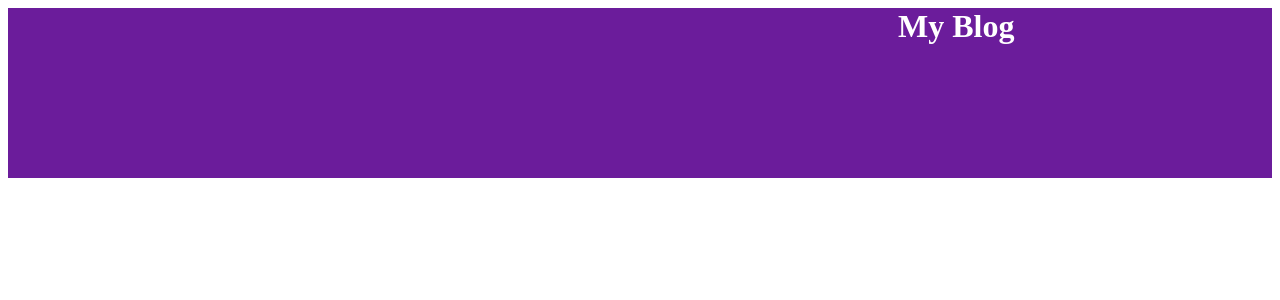
Repository: Femi007-gh/BLOG
Page: index.html
An editor plug-in stored every save of this project. The page is shown before and after a run of saves, followed by the edit.
The browser window is 1280 px wide. The pictures show the whole page.

Above is the page before, as saved 2025-01-08 07:13:21.

### index.html
<html>
  <head>
    <title>BLOG</title>
    <link rel="stylesheet" href="style.css">
  </head>
  <body>
    <header>
      <h1 class="head">My Blog</h1>
      <nav>
        <ul>
          <li><a href="#">Home</a></li>
          <li><a href="#">About</a></li>
          <li><a href="#">Contact</a></li>
        </ul>
      </nav>
    </header>
  </body>
</html>

### style.css
header {
  background-color: 6B1C9B;
  color: white;
  height: 170px;
}

.desc {
  max-width: 1200px;
  margin: o auto;
  display: flex;
  align-items: center;
  justify-content: space-between;
}

header h1 {
  margin-left:890px;
}

nav ul {
  list-style-type: none;
  display:  flex;
}


 li a {
  color: white;
  text-decoration: none;
  font-weight: bold;
  margin-left: -1000px;
  justify-content: space-evenly;
  margin-right: -980px;
}

li a{
  text-decoration: none;
  font-family: Arial;
}

After the next 2 saves:
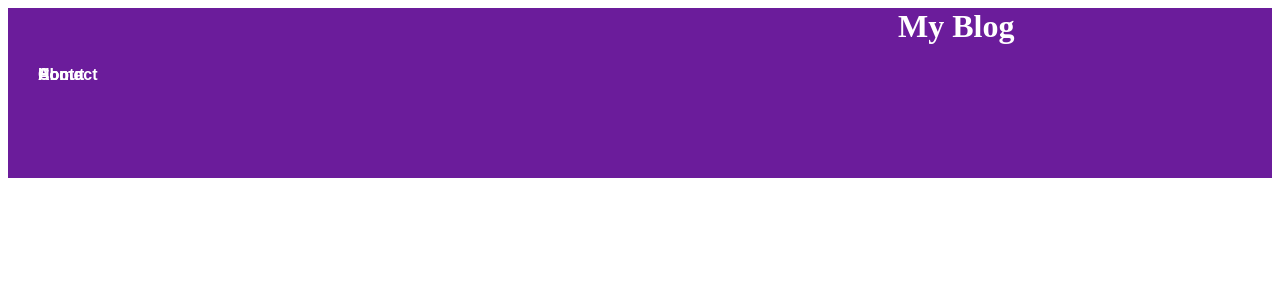
The 2 saves are shown as one change because they came seconds apart.
The last was saved 7 s later.
--- a/style.css
+++ b/style.css
@@ -26,7 +26,7 @@ nav ul {
   color: white;
   text-decoration: none;
   font-weight: bold;
-  margin-left: -1000px;
+  margin-left: -10px;
   justify-content: space-evenly;
   margin-right: -980px;
 }
